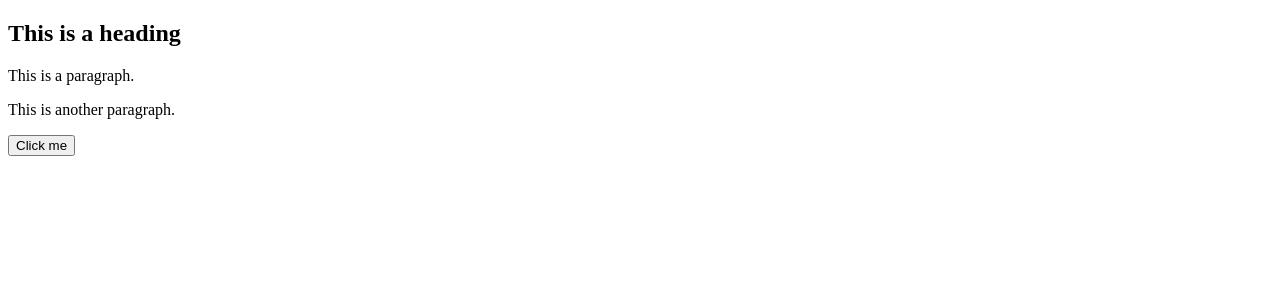
Repository: bugga/venturelab
Page: jQueryTest/index.htm
The author's editor kept a copy of each file at every save. The page is drawn from the files as they stood at one save, then again after the next save.
The browser window is 1280 px wide. The pictures show the whole page.
After loading, the first visible `p` was clicked once.
Some web libraries are served in a nearby version.

Above is the page before, as saved 2013-02-04 02:06:34.

### jQueryTest/index.htm
<!DOCTYPE html>
<html>
<head>
</head>

<body>
<h2 onclick="justHide()">This is a heading</h2>
<p onclick="justHide()">This is a paragraph.</p>
<p onclick="justHide()">This is another paragraph.</p>
<button onclick="justHide()">Click me</button>

<script src="//ajax.googleapis.com/ajax/libs/jquery/1.8.3/jquery.min.js">
</script>
<script src="my_jquery_functions.js"></script>

</body>
</html>

### jQueryTest/my_jquery_functions.js
/**
 * @author Shriyamvar Bugga
 */

function hideParas()
{
    $("p").hide();
}

function justHide()
{
	$("this").hide();
}

After the next save:
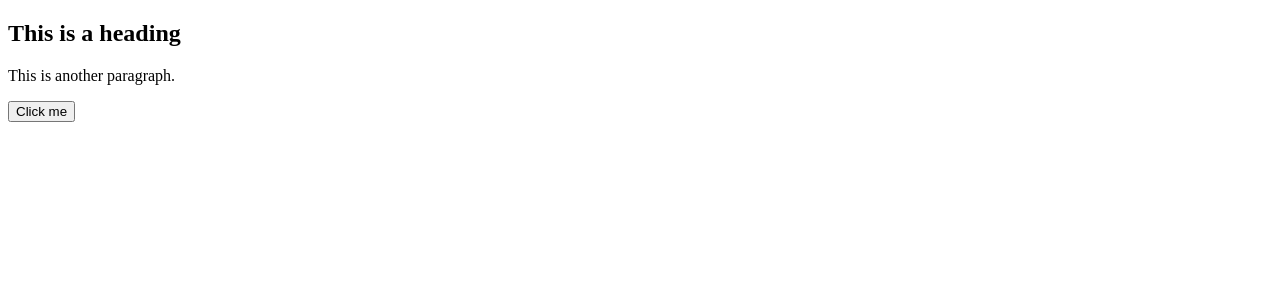
Saved 11 min 7 s later.
--- a/jQueryTest/index.htm
+++ b/jQueryTest/index.htm
@@ -12,6 +12,12 @@
 <script src="//ajax.googleapis.com/ajax/libs/jquery/1.8.3/jquery.min.js">
 </script>
 <script src="my_jquery_functions.js"></script>
-
+<script>
+$(document).ready(function(){
+  $("p").click(function(){
+    $(this).hide();
+  });
+});
+</script>
 </body>
 </html>
